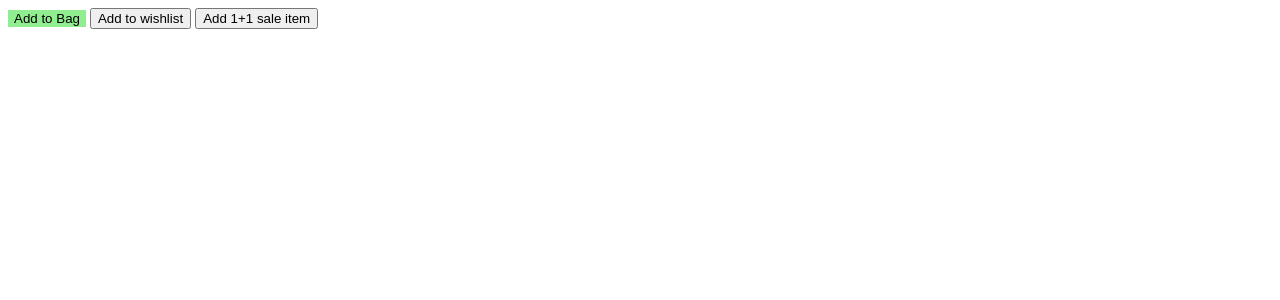
Repository: nihalani20/Learning-Js
Page: practice_set2/index.html
The author's editor kept a copy of each file at every save. The page is drawn from the files as they stood at one save, then again after a run of saves.
The browser window is 1280 px wide. The pictures show the whole page.

Above is the page before, as saved 2023-12-09 12:23:39.

After the next 4 saves:
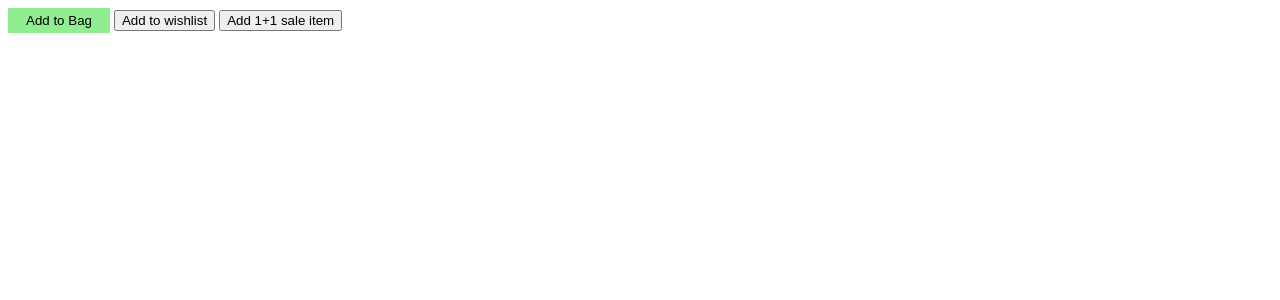
The 4 saves are shown as one change because they came seconds apart.
The last was saved 12 s later.
--- a/practice_set2/style.css
+++ b/practice_set2/style.css
@@ -1,6 +1,7 @@
 .bag{
   background-color:lightgreen;
   border:none;
-  padding: 5px 1;
+  padding: 5px 18px 5px 18px;
+
 
 }
